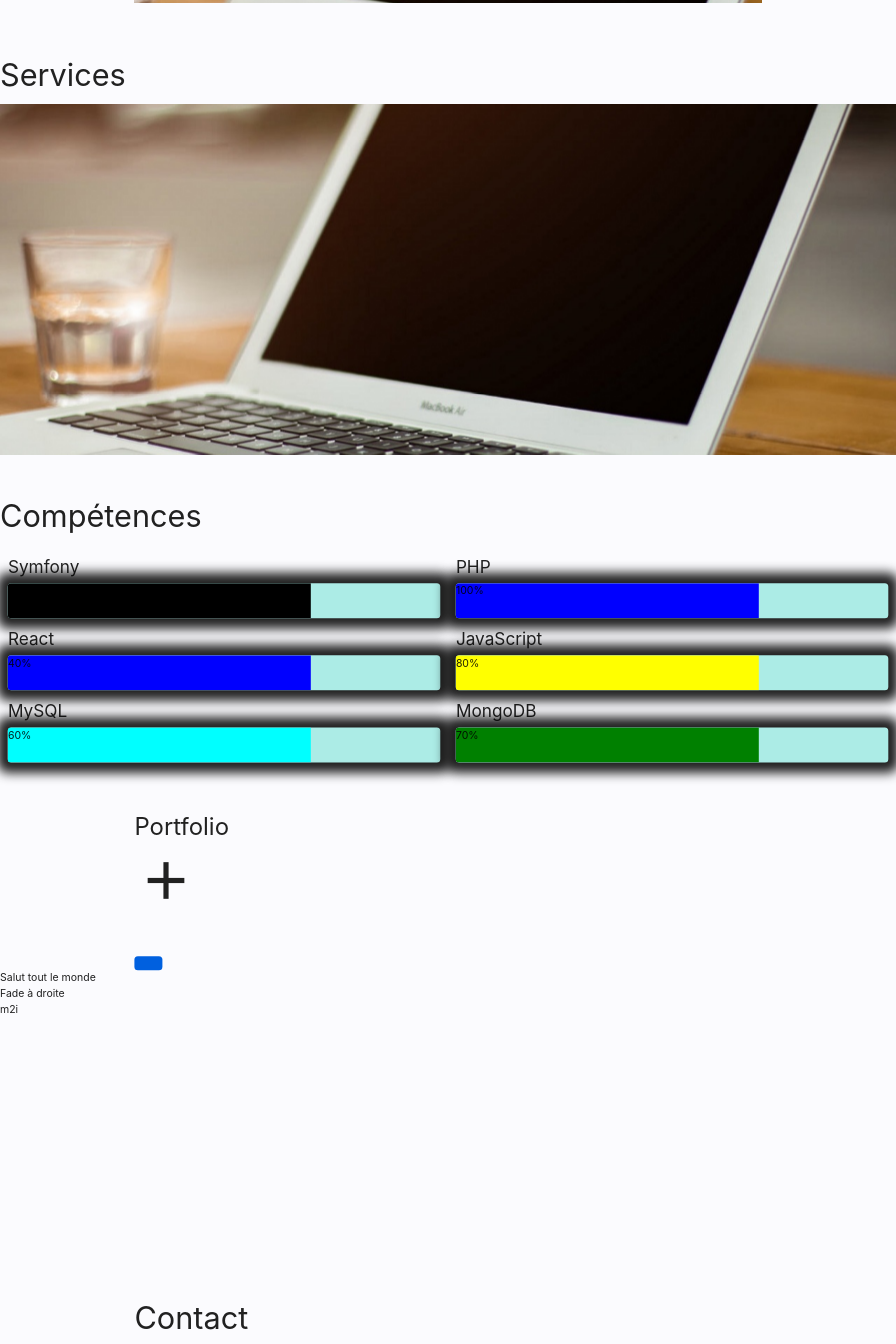
Repository: duncanidaho14/mavitrine
Page: index.html
These files come from the project's save history. The page is drawn as it stood at one moment and after the next save; the edit follows.
The browser window is 1280 px wide. The pictures show the part of the page from y = 1233 to 3153 px (the page is 4178 px tall), at 70% of full size.

Above is the page before, as saved 2021-06-15 18:33:47.

After the next save:
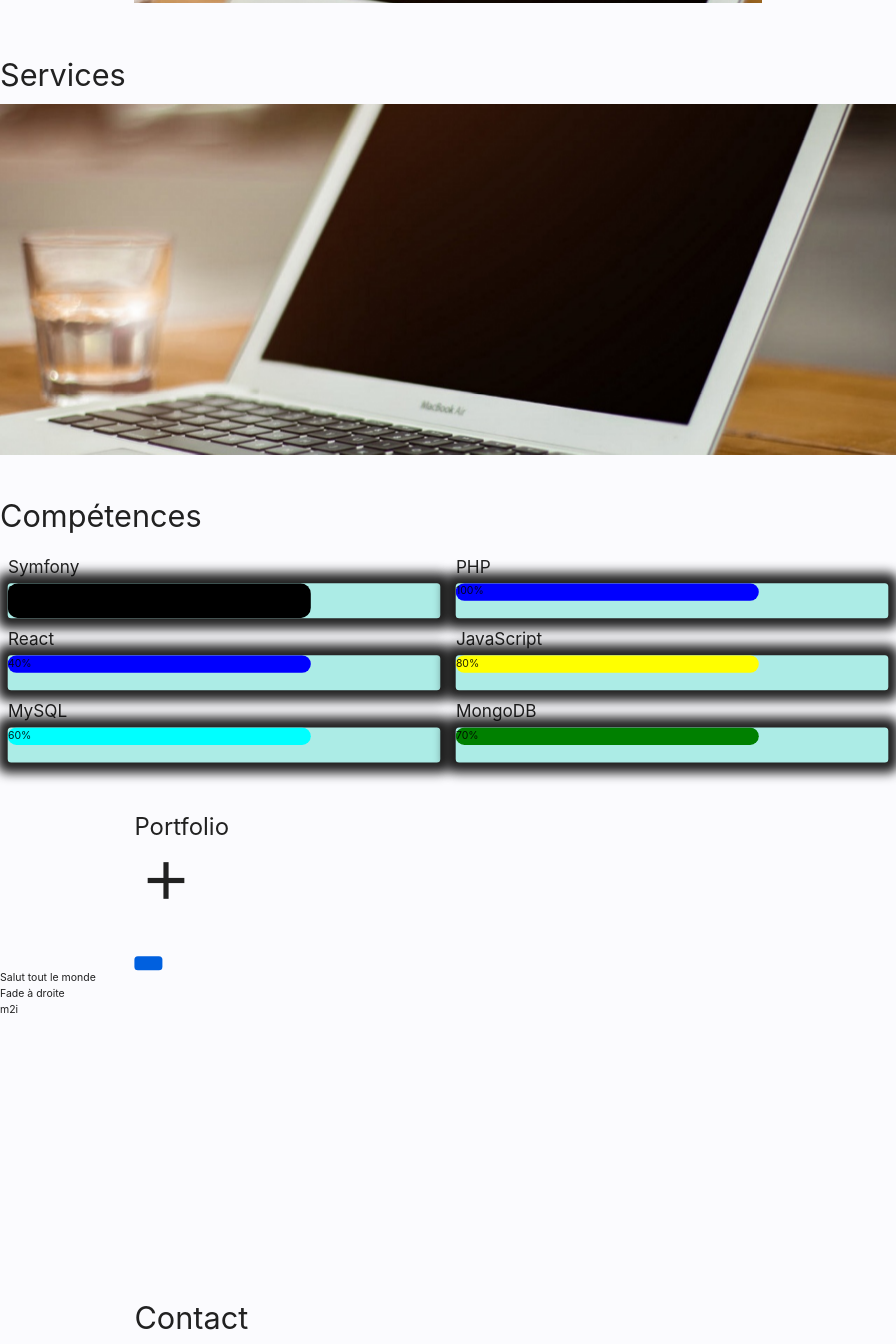
Saved 3 min 32 s later.
--- a/assets/css/style.css
+++ b/assets/css/style.css
@@ -94,14 +94,14 @@
 
 }
 
-/* .determinate {
+.determinate {
     position: absolute;
     background-color: #ffffff;
     width: 0px;
     height: 25px;
     border-radius: 15px;
 
-} */
+}
 
 div.progress.bar {
     height: 50px;

After the save that followed:
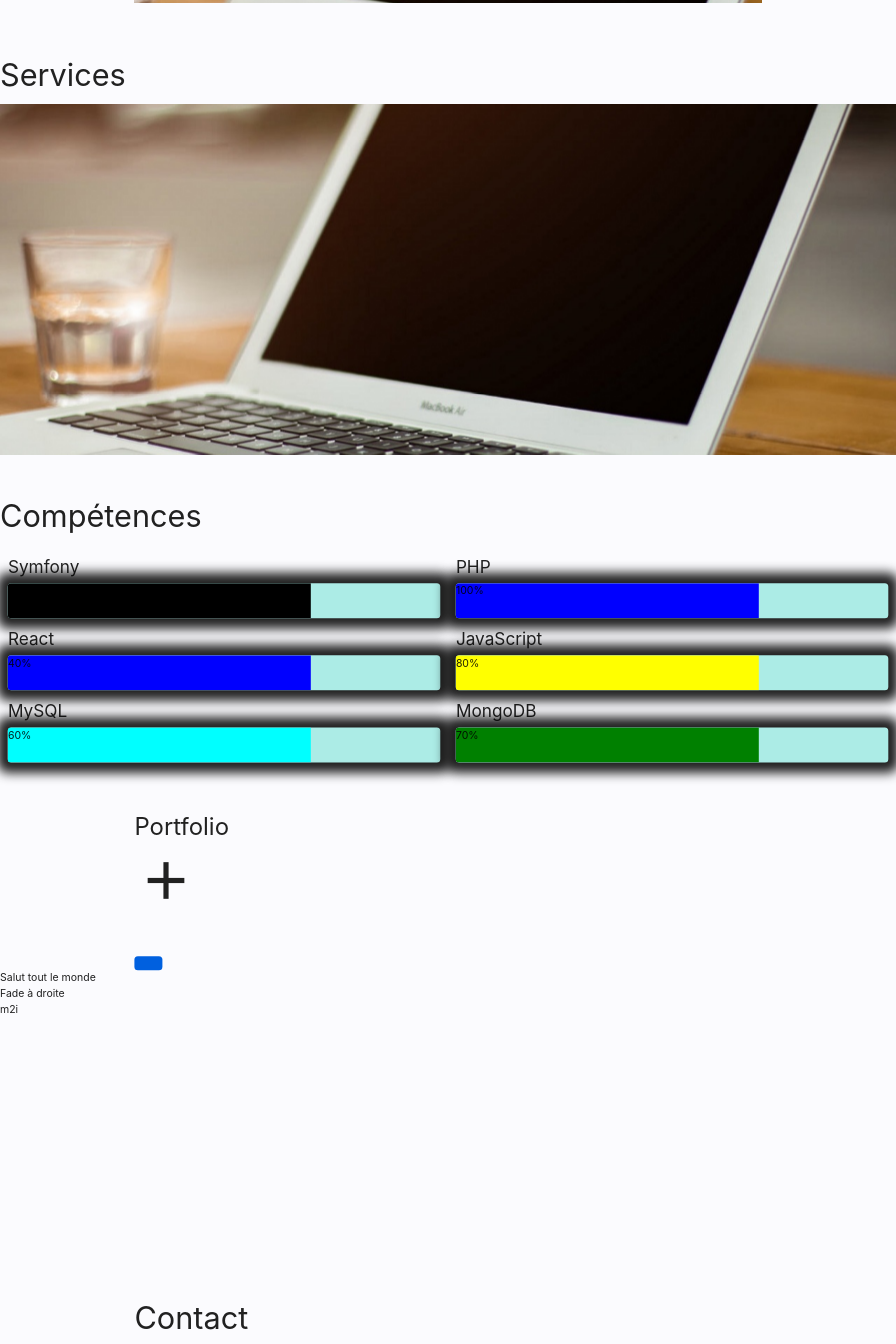
Saved 2 min 34 s later.
--- a/assets/css/style.css
+++ b/assets/css/style.css
@@ -97,9 +97,6 @@
 .determinate {
     position: absolute;
     background-color: #ffffff;
-    width: 0px;
-    height: 25px;
-    border-radius: 15px;
 
 }
 
